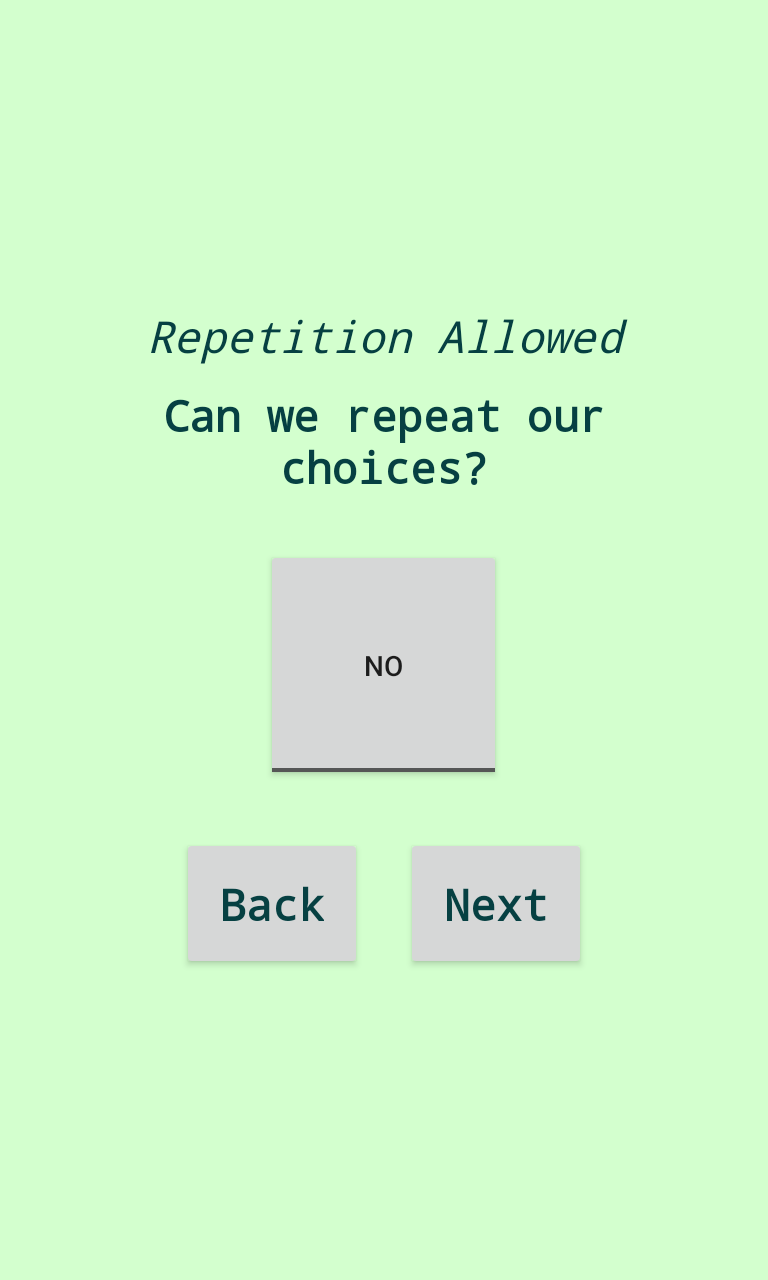
Repository: rontejada1991/Combinations-and-Permutations-Android-App
Layout: combinations/res/layout/activity_repeat.xml
These files come from the project's save history. The layout is drawn as it stood at one moment and after the next save; the edit follows.
It is drawn on a 768 x 1280 px phone screen (xhdpi) without system bars, with theme AppTheme; the app's code is not run.

Above is the layout before, as saved 2014-11-07 21:03:11.

### combinations/res/layout/activity_repeat.xml
<LinearLayout xmlns:android="http://schemas.android.com/apk/res/android"
    xmlns:tools="http://schemas.android.com/tools"
    android:layout_width="match_parent"
    android:layout_height="match_parent"
	android:orientation="vertical"
	android:gravity="center"
	android:padding="25dp"
    tools:context="com.silvercloudgames.combinations.RepeatActivity"
    android:background="#d3ffce" >

    <TextView
        android:id="@+id/tv_title"
        style="@style/CodeFont.Italic"
        android:layout_width="fill_parent"
        android:text="Repetition Allowed"
        android:layout_marginBottom="10dp" />

	<TextView
	            android:id="@+id/tv_sub"
        style="@style/CodeFont"
        android:layout_width="fill_parent"
        android:text="Can we repeat our choices?"
        android:layout_marginBottom="25dp" />

		<ToggleButton
		    android:id="@+id/tb_repeat"
		    android:layout_width="wrap_content"
		    android:layout_height="wrap_content"
		    android:textOn="Yes"
		    android:textOff="No"
		    android:padding="50dp"
		    android:layout_marginBottom="25dp" />

	<LinearLayout
	    android:layout_width="wrap_content"
	    android:layout_height="wrap_content"
	    android:orientation="horizontal"
	    android:gravity="center">

	    <Button
	        android:id="@+id/b_back"
	        style="@style/CodeFont"
	        android:text="Back"
	        android:padding="20dp"
	        android:layout_marginRight="10dp"
	        android:onClick="onBackPressed" />

	   	<Button
	   	    android:id="@+id/b_next"
	        style="@style/CodeFont"
	        android:text="Next"
	        android:padding="20dp"
	        android:layout_marginLeft="10dp"
	        android:onClick="onNextPressed" />

	</LinearLayout>

</LinearLayout>

### combinations/res/values/code_font.xml
<?xml version="1.0" encoding="utf-8"?>
<resources xmlns:android="http://schemas.android.com/apk/res/android">

    <style name="CodeFont">
        <item name="android:layout_width">wrap_content</item>
        <item name="android:layout_height">wrap_content</item>
        <item name="android:textColor">#064042</item>
        <item name="android:textStyle">bold</item>
        <item name="android:typeface">monospace</item>
        <item name="android:gravity">center</item>
        <item name="android:textAppearance">@android:style/TextAppearance.Large</item>
    </style>

    <style name="CodeFont.Med">
        <item name="android:textAppearance">@android:style/TextAppearance.Medium</item>
    </style>

    <style name="CodeFont.Italic">
        <item name="android:textStyle">italic</item>
    </style>

</resources>

Loaded but not shown: combinations/res/values/styles.xml (common file); combinations/res/values-v11/styles.xml (common file); combinations/res/values-v14/styles.xml (common file)

After the next save:
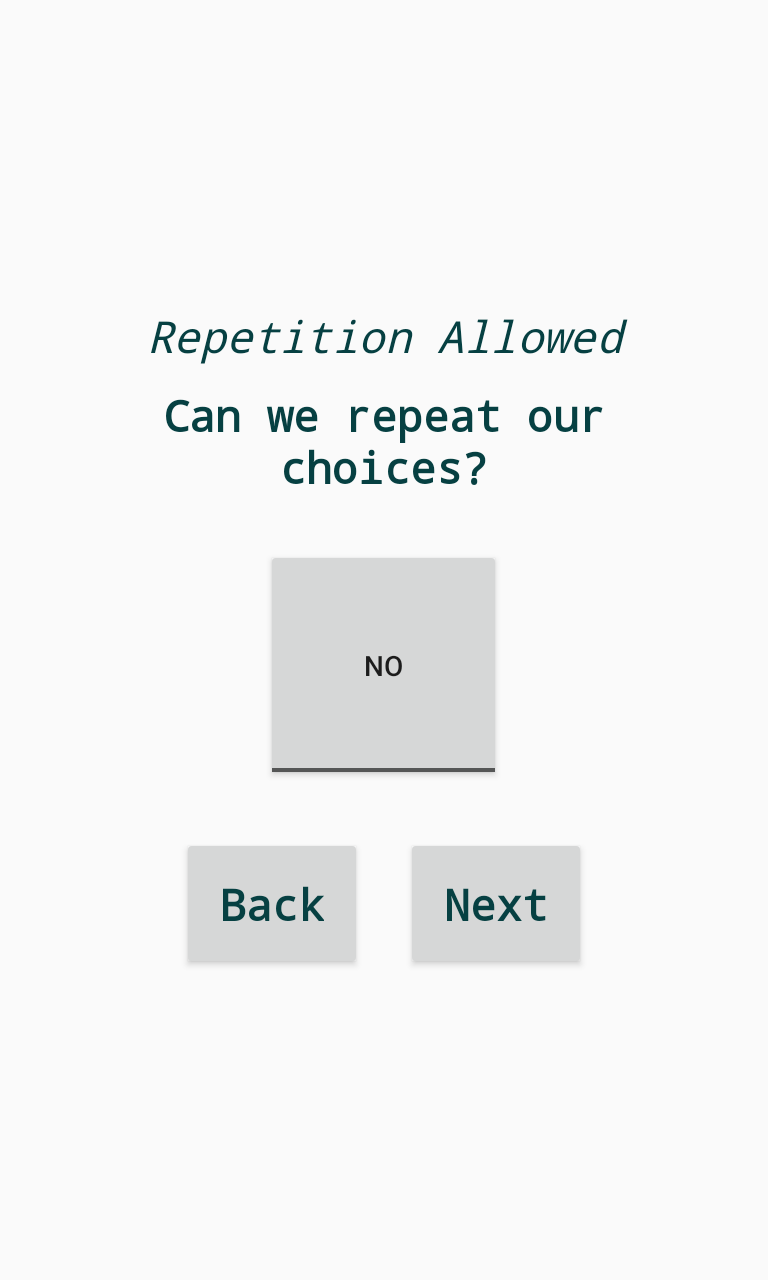
Saved 6 s later.
--- a/combinations/res/layout/activity_repeat.xml
+++ b/combinations/res/layout/activity_repeat.xml
@@ -5,8 +5,7 @@
 	android:orientation="vertical"
 	android:gravity="center"
 	android:padding="25dp"
-    tools:context="com.silvercloudgames.combinations.RepeatActivity"
-    android:background="#d3ffce" >
+    tools:context="com.silvercloudgames.combinations.RepeatActivity" >
 
     <TextView
         android:id="@+id/tv_title"
